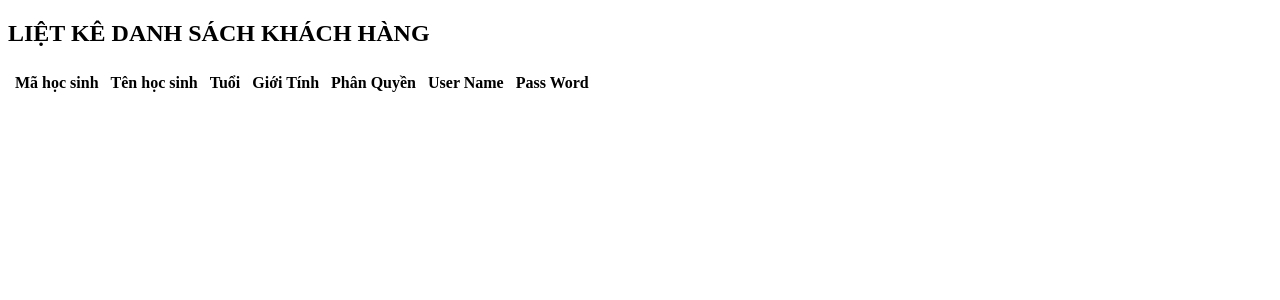
Repository: nguyenquocvuong010195/Jsp-Servlet
Page: http://localhost/JSP-Servlet-Buy/StudentManagerServlet
The author's editor kept a copy of each file at every save. The page is drawn from the files as they stood at one save, then again after the next save.
The browser window is 1280 px wide. The pictures show the whole page.
The page is served by Tomcat 9. Other server files are loaded and not shown. Queries for data that is not in the repository find no rows.

Above is the page before, as saved 2020-07-29 16:31:20.
Console error: ReferenceError: $ is not defined

### JSP-Servlet/JSP-Servlet-Buy/WebContent/studentManager.jsp
<%@ page language="java" contentType="text/html; charset=UTF-8" pageEncoding="UTF-8"%>

<%@page import="java.util.ArrayList"%>
<%@ taglib uri="http://java.sun.com/jsp/jstl/core" prefix="c" %>
<!DOCTYPE html PUBLIC "-//W3C//DTD HTML 4.01 Transitional//EN" "http://www.w3.org/TR/html4/loose.dtd">

<html>
<head>
<title>LIỆT KÊ DANH SÁCH KHÁCH HÀNG</title>

</head>
<body>



	<div class="container mt-3" class ="DanhSach">
		<h2>LIỆT KÊ DANH SÁCH KHÁCH HÀNG</h2>
		<table class="table table-bordered table-striped " id="example" cellpadding="5">
			<thead>
				<tr>
					<th>Mã học sinh</th>
					<th>Tên học sinh</th>
					<th>Tuổi</th>
					<th>Giới Tính</th>
					<th>Phân Quyền</th>
					<th>User Name</th>
					<th>Pass Word</th>
				</tr>
			</thead>
			<tbody id="myTable">
			<c:forEach items="${listStudent}" var="stu">
				<tr>
						<td>${stu.studentID}</td>
						<td>${stu.name}</td>
						<td>${stu.age}</td>
						<td>${stu.sdt}</td>
						<td>${stu.gender}</td>
						<td>${stu.role}</td>
						<td>${stu.username}</td>
						<td>${stu.password}</td>
						<td>
							<div class="dropdown">
								<button type="button" class="btn btn-primary dropdown-toggle" data-toggle="dropdown">Option</button>
								<div class="dropdown-menu">
									<a class="dropdown-item" href="SuaThongTinServlet?maKH=${stu.studentID}&chucNang=suaKH">Edit</a>
									<a class="dropdown-item" href="XoaThongTinServlet?maKH=${stu.studentID}&chucNang=xoaKH">Delete</a>
								</div>
							</div>
						</td>
				</tr>
			</c:forEach>
			</tbody>
		</table>

	</div>

	<script>
	$(document).ready(function() {
        $('#example').DataTable({
			"ordering": false,
			"lengthChange": false,
			"searching": true,
			"pageLength": 6
		});
    });
	</script>

	<!-- Footer -->

	<!-- Footer -->
</body>
</html>

### JSP-Servlet/JSP-Servlet-Buy/src/controller/StudentManagerServlet.java
package controller;

import java.io.IOException;
import java.util.List;

import javax.servlet.RequestDispatcher;
import javax.servlet.ServletException;
import javax.servlet.annotation.WebServlet;
import javax.servlet.http.HttpServlet;
import javax.servlet.http.HttpServletRequest;
import javax.servlet.http.HttpServletResponse;

import daoImpl.StudentsDAOImpl;
import dto.Student;

/**
 * Servlet implementation class StudentManagerServlet
 */
@WebServlet("/StudentManagerServlet")
public class StudentManagerServlet extends HttpServlet {
	private static final long serialVersionUID = 1L;

    /**
     * @see HttpServlet#HttpServlet()
     */
    public StudentManagerServlet() {
        super();
        // TODO Auto-generated constructor stub
    }

	/**
	 * @see HttpServlet#doGet(HttpServletRequest request, HttpServletResponse response)
	 */
	protected void doGet(HttpServletRequest request, HttpServletResponse response) throws ServletException, IOException {
		StudentsDAOImpl stu = new StudentsDAOImpl();
		List<Student> listStudent = stu.getAllStudents();
		request.setAttribute("listStudent", listStudent);
		RequestDispatcher rd = request.getRequestDispatcher("studentManager.jsp");
		rd.forward(request, response);
	}

	/**
	 * @see HttpServlet#doPost(HttpServletRequest request, HttpServletResponse response)
	 */
	protected void doPost(HttpServletRequest request, HttpServletResponse response) throws ServletException, IOException {
		// TODO Auto-generated method stub
		doGet(request, response);
	}

}

### JSP-Servlet/JSP-Servlet-Buy/src/dao/StudentsDAO.java
package dao;

import java.util.ArrayList;

import dto.Student;



public interface StudentsDAO {
	public ArrayList<Student> getAllStudents() ;
	public void insertStudent(Student student);
	public void updateStudent(Student student);
	public void deleteStudent(int studentID);
	public Student findStudentByUserAndPassword(String username , String password);
	public void createStudent(Student student);
	public void createStudentByAdmin(Student student);
	public Student getStudentById(int id);
	public boolean addNewStudent(Student student);
}

### JSP-Servlet/JSP-Servlet-Buy/src/daoImpl/StudentsDAOImpl.java
package daoImpl;

import java.sql.Connection;
import java.sql.PreparedStatement;
import java.sql.ResultSet;
import java.sql.SQLException;
import java.sql.Statement;
import java.util.ArrayList;
import java.util.Date;
import java.util.List;

import org.apache.taglibs.standard.extra.spath.Step;

import dao.StudentsDAO;
import dbconnection.ConnectionFactory;
import dto.Borrows;
import dto.CheckUser;
import dto.HistoryBook;
import dto.Student;

public class StudentsDAOImpl implements StudentsDAO {

	@Override
	public ArrayList<Student> getAllStudents() {
		Connection con = null;
		Statement sta = null;
		ResultSet rs = null;
		String sql = " SELECT * FROM students";
		ArrayList<Student> liststudents = new ArrayList<Student>();
		try {
			con = ConnectionFactory.getConnection();
			sta = con.createStatement();
			rs = sta.executeQuery(sql);
			while(rs.next()) {
				Student stu = new Student();
				stu.setStudentID(rs.getInt("studentID"));
				stu.setName(rs.getString("nameStudent"));
				stu.setAge(rs.getInt("age"));
				stu.setGender(rs.getInt("gender"));
				stu.setRole(rs.getString("role"));
				stu.setUsername(rs.getString("username"));
				stu.setPassword(rs.getString("password"));
				liststudents.add(stu);
			}
		} catch (Exception e) {
			e.printStackTrace();
		}finally {
			if(con!=null) {
				try {
					con.close();
				} catch (SQLException e) {
					e.printStackTrace();
				}
			}
			if(sta!=null) {
				try {
					sta.close();
				} catch (Exception e) {
					e.printStackTrace();
				}
			}
			if(rs!=null) {
				try {
					rs.close();
				} catch (Exception e) {
					e.printStackTrace();
				}
			}
		}
		return liststudents;
	}

	@Override
	public void insertStudent(Student student) {
		Connection con = null;
		PreparedStatement pre = null;
		String sql = " INSERT INTO students(nameStudent,age,gender,role,username,password) VALUES(?,?,?,?,?,?)";
		try {
			con = ConnectionFactory.getConnection();
			pre = con.prepareStatement(sql);
			pre.setString(1, student.getName());
			pre.setInt(2, student.getAge());
			pre.setInt(3, student.getGender());
			pre.setString(4, student.getRole());
			pre.setInt(5, 1);
			pre.setInt(6,1);

		} catch (Exception e) {
			e.printStackTrace();
		}finally {
			if(con!=null) {
				try {
					con.close();
				} catch (Exception e) {
					e.printStackTrace();
				}
			}
			if(pre!=null) {
				try {
					pre.close();
				} catch (Exception e) {
					e.printStackTrace();
				}
			}
		}
	}

	@Override
	public void updateStudent(Student student) {
		Connection con = null;
		PreparedStatement pre = null;
		String sql = " UPDATE students SET nameStudent=?,age=?,gender=?,role=?,password=? WHERE studentId=?";
		try {
			con = ConnectionFactory.getConnection();
			pre = con.prepareStatement(sql);
			pre.setString(1, student.getName());
			pre.setInt(2, student.getAge());
			pre.setInt(3,student.getGender());
			pre.setString(4, student.getRole());
			pre.setString(5, student.getPassword());
			pre.setInt(6,student.getStudentID());
			pre.executeUpdate();
		} catch (Exception e) {
			e.printStackTrace();
		}finally {
			if(con!=null) {
				try {
					con.close();
				} catch (Exception e) {
					e.printStackTrace();
				}
			}
			if(pre!=null) {
				try {
					pre.close();
				} catch (Exception e) {
					e.printStackTrace();
				}
			}
		}

	}

	@Override
	public void deleteStudent(int studentID) {
		Connection con = null;
		PreparedStatement pre = null;
		String sql = "DELETE FROM students WHERE studentId="+studentID;
		try {
			con = ConnectionFactory.getConnection();
			pre = con.prepareStatement(sql);
			pre.executeUpdate();

		} catch (Exception e) {
			e.printStackTrace();
		}finally {
			if(con!=null) {
				try {
					con.close();
				} catch (Exception e) {
					e.printStackTrace();
				}
			}
			if(pre!=null) {
				try {
					pre.close();
				} catch (Exception e) {
					e.printStackTrace();
				}
			}
		}
	}

	@Override
	public Student findStudentByUserAndPassword(String userName, String passWord) {
		Connection con = null;
		PreparedStatement pre = null;
		//luôn luôn dùng rs khi hàm trả về 1 đối tượng khi query
		ResultSet rs = null;
		String sql="SELECT * FROM students WHERE username=? AND password=?";
		try {
			con = ConnectionFactory.getConnection();
			pre = con.prepareStatement(sql);
			pre.setString(1, userName);
			pre.setString(2, passWord);
			rs=pre.executeQuery();
			while(rs.next()) {
				Student stu = new Student();
				stu.setStudentID(rs.getInt("studentID"));
				stu.setName(rs.getString("nameStudent"));
				stu.setAge(rs.getInt("age"));
				stu.setGender(rs.getInt("gender"));
				stu.setRole(rs.getString("role"));
				stu.setUsername(rs.getString("username"));
				stu.setPassword(rs.getString("password"));
				return stu;
			}
		} catch (Exception e) {
			e.printStackTrace();
		}finally {
			if(con!=null) {
				try {
					con.close();
				} catch (Exception e) {
					e.printStackTrace();
				}
			}
			if(pre!=null) {
				try {
					pre.close();
				} catch (Exception e) {
					e.printStackTrace();
				}
			}
		}
		return null;
	}

	@Override
	public void createStudent(Student student) {
		Connection con = null;
		PreparedStatement pre = null;
		String sql = " INSERT INTO students(nameStudent,age,gender,username,password) VALUES (?,?,?,?,?)";
		try {
			con = ConnectionFactory.getConnection();
			pre = con.prepareStatement(sql);
			pre.setString(1, student.getName());
			pre.setInt(2, student.getAge());
			pre.setInt(3, student.getGender());
			pre.setString(4, student.getUsername());
			pre.setString(5, student.getPassword());
			pre.executeUpdate();
		} catch (Exception e) {
			e.printStackTrace();
		}finally {
			if(con!=null) {
				try {
					con.close();
				} catch (Exception e) {
					e.printStackTrace();
				}
			}
			if(pre!=null) {
				try {
					pre.close();
				} catch (Exception e) {
					e.printStackTrace();
				}
			}
		}
	}

	@Override
	public void createStudentByAdmin(Student student) {
		Connection con = null;
		PreparedStatement pre = null;
		String sql = " INSERT INTO students(nameStudent,age,gender,role,username,password) VALUES (?,?,?,?,?,?)";

		try {
			con = ConnectionFactory.getConnection();
			pre = con.prepareStatement(sql);
			pre.setString(1, student.getName());
			pre.setInt(2, student.getAge());
			pre.setInt(3, student.getGender());
			pre.setString(4, student.getRole());
			pre.setString(5, student.getUsername());
			pre.setString(6, student.getPassword());
			pre.executeUpdate();

		} catch (Exception e) {
			// TODO: handle exception
			e.printStackTrace();
		}finally {
			if(con!=null) {
				try {
					con.close();
				} catch (Exception e) {
					e.printStackTrace();
				}
			}
			if(pre!=null) {
				try {
					pre.close();
				} catch (Exception e) {
					e.printStackTrace();
				}
			}
		}

	}
	//SELECT DATEDIFF(day, '2011/08/25', '2011/08/28') AS DateDiff;
	public static List<HistoryBook> listMuonSach(String dateBefore, String dateAfter){
		List<HistoryBook> list = new ArrayList<HistoryBook>();
		Connection conn = null;
		PreparedStatement pre = null;
		String sql  = "SELECT s.nameStudent, b.name , br.BorrowDate, br.quantity\r\n" +
				"FROM students as s join\r\n" +
				"(SELECT bookId, StudentID,BorrowDate,quantity FROM borrows  where (SELECT DATEDIFF(BorrowDate, ?))>=0 AND (SELECT DATEDIFF(BorrowDate, ?))<=0)\r\n" +
				" as br on br.studentID = s.studentId join books as b on br.bookID = b.bookID;";
		try {
			conn = ConnectionFactory.getConnection();
			pre = conn.prepareStatement(sql);
			pre.setString(1, dateBefore);
			pre.setString(2, dateAfter);
			ResultSet rs = pre.executeQuery();
			while(rs.next()) {
				//				int borrowId =rs.getInt("BorrowID");
				//				int studentId = rs.getInt("StudentID");
				//				int bookId = rs.getInt("BookID");
				//				Date date = rs.getDate("BorrowDate");
				//				int sl = rs.getInt("Quantity");
				//				Borrows br = new Borrows(borrowId, studentId, bookId, date,sl);
				//				list.add(br);
				String stuName = rs.getString("nameStudent");
				String booName = rs.getString("name");
				Date date = rs.getDate("BorrowDate");
				int sl = rs.getInt("quantity");
				HistoryBook hb = new HistoryBook(stuName, booName, date, sl);
				list.add(hb);
			}
		} catch (SQLException e) {
			e.printStackTrace();
		}finally {
			if(conn!=null) {
				try {
					conn.close();
				} catch (Exception e) {
					e.printStackTrace();
				}
			}
			if(pre!=null) {
				try {
					pre.close();
				} catch (Exception e) {
					e.printStackTrace();
				}
			}
		}
		return list;
	}

	@Override
	public Student getStudentById(int id) {
		Connection con = null;
		Statement sta = null;
		ResultSet rs = null;
		String sql = " SELECT * FROM students WHERE studentID = "+id;
		try {
			con = ConnectionFactory.getConnection();
			sta = con.createStatement();
			rs = sta.executeQuery(sql);
			while(rs.next()) {
				Student st = new Student();
				st.setStudentID(id);
				st.setName(rs.getString("nameStudent"));
				st.setAge(rs.getInt("age"));
				st.setGender(rs.getInt("gender"));
				st.setRole(rs.getString("role"));
				st.setUsername(rs.getString("username"));
				st.setPassword(rs.getString("password"));
				return st;
			}
		} catch (Exception e) {
			e.printStackTrace();
		}finally {
			if(con!=null) {
				try {
					con.close();
				} catch (Exception e) {
					e.printStackTrace();
				}
			}
			if(sta!=null) {
				try {
					sta.close();
				} catch (Exception e) {
					e.printStackTrace();
				}
			}
		}
		return null;
	}

	@Override
	public boolean addNewStudent(Student student) {
		Connection con = null;
		PreparedStatement pre = null;
		boolean result = true;
		String sql = " INSERT INTO students(nameStudent,age,gender,role,username,password) VALUES (?,?,?,?,?,?)";
		try {
			con = ConnectionFactory.getConnection();
			pre = con.prepareStatement(sql);
			pre.setString(1, student.getName());
			pre.setInt(2, student.getAge());
			pre.setInt(3, student.getGender());
			pre.setString(4, "student");
			pre.setString(5, student.getUsername());
			pre.setString(6, student.getPassword());
			pre.executeUpdate();

		} catch (Exception e) {
			e.printStackTrace();
			result = false;
		}finally {
			if(con!=null) {
				try {
					con.close();
				} catch (Exception e) {
					e.printStackTrace();
				}
			}
			if(pre!=null) {
				try {
					pre.close();
				} catch (Exception e) {
					e.printStackTrace();
				}
			}
		}
		return result;
	}
	public CheckUser checkUser(String userName) {
		Connection con = null;
		PreparedStatement pre = null;
		boolean result = true;
		ResultSet  rs = null;
		String sql ="SELECT COUNT(*) AS CNT FROM students WHERE username = ?;";
		try {
			con = ConnectionFactory.getConnection();
			pre = con.prepareStatement(sql);
			pre.setString(1, userName);
			rs = pre.executeQuery();

			// đù má quên haha
			while(rs.next()) {
				CheckUser ch = new CheckUser();

				ch.setNumber(rs.getInt("CNT"));
				return ch;
			}
		} catch (Exception e) {
			e.printStackTrace();
		}finally {
			if(con!=null) {
				try {
					con.close();
				} catch (Exception e) {
					e.printStackTrace();
				}
			}
			if(pre!=null) {
				try {
					pre.close();
				} catch (Exception e) {
					e.printStackTrace();
				}
			}
		}
		return null;


	}


}

### JSP-Servlet/JSP-Servlet-Buy/src/dbconnection/ConnectionFactory.java
package dbconnection;

import java.sql.Connection;
import java.sql.DriverManager;
import java.sql.SQLException;

import daoImpl.StudentsDAOImpl;

public class ConnectionFactory {

	public static final String URL = "jdbc:mysql://localhost:3306/BookStore";
	public static final String USER = "root";
	public static final String PASS = "trinhdien!123";

	/**
	 * Get a connection to database
	 *
	 * @return Connection object
	 */

	public static Connection getConnection() {
		Connection conn = null;
		try {
			Class.forName("com.mysql.cj.jdbc.Driver");
			conn = DriverManager.getConnection(URL, USER, PASS);
			System.out.println("connect successfully!");
		} catch (Exception ex) {
			System.out.println("connect failure!");
			ex.printStackTrace();
		}
		return conn;
	}

	/**
	 * Test Connection
	 */
//	public static void main(String[] args) {
//		StudentsDAOImpl.listMuonSach("2016-08-15", "2020-07-28");
//	}
	 public static void main(String[] args) {
	        ConnectionFactory.getConnection();
	    }
}

After the next save:
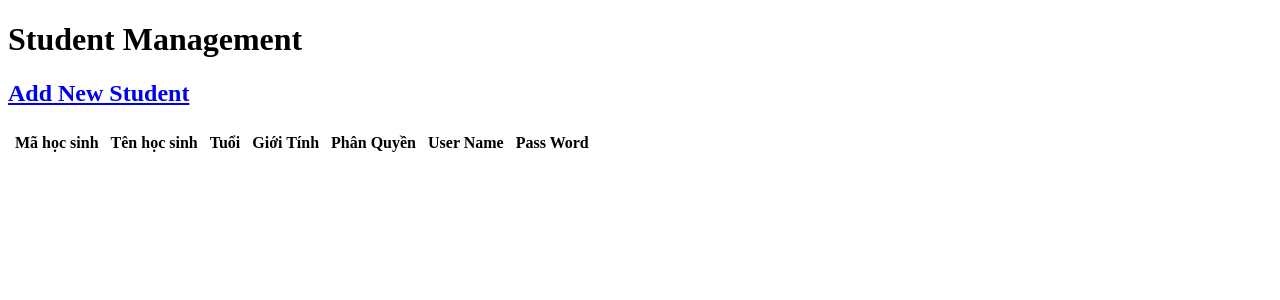
The error is gone.
Saved 55 s later.
--- a/JSP-Servlet/JSP-Servlet-Buy/WebContent/studentManager.jsp
+++ b/JSP-Servlet/JSP-Servlet-Buy/WebContent/studentManager.jsp
@@ -13,11 +13,13 @@
 
 
 
-	<div class="container mt-3" class ="DanhSach">
-		<h2>LIỆT KÊ DANH SÁCH KHÁCH HÀNG</h2>
-		<table class="table table-bordered table-striped " id="example" cellpadding="5">
-			<thead>
-				<tr>
+	<div class="main">
+		<h1 id="title">Student Management</h1>
+		<div id="form-container">
+			<h2><a href="student?action=new">Add New Student</a></h2>
+		</div>
+		<table cellpadding="5">
+			<tr>
 					<th>Mã học sinh</th>
 					<th>Tên học sinh</th>
 					<th>Tuổi</th>
@@ -25,45 +27,26 @@
 					<th>Phân Quyền</th>
 					<th>User Name</th>
 					<th>Pass Word</th>
+			</tr>
+			<c:forEach var="student" items="${listStudent}" >
+				<tr>
+					<td><c:out value="${stu.studentID}" /></td>
+					<td><c:out value="${stu.name}"/></td>
+					<td><c:out value="${stu.age}"/></td>
+					<td><c:out value="${stu.sdt}"/></td>
+					<td><c:out value="${stu.role}"/></td>
+					<td><c:out value="${stu.username}"/></td>
+					<td><c:out value="${stu.password}"/></td>
+					<td>
+						<a href="student?action=edit&id=<c:out value='${stu.studentID }' />">Edit</a>
+						&nbsp;&nbsp;&nbsp;&nbsp;
+						<a href="student?action=delete&id=<c:out value='${stu.studentID }' />"></a>
+					</td>
 				</tr>
-			</thead>
-			<tbody id="myTable">
-			<c:forEach items="${listStudent}" var="stu">
-				<tr>
-						<td>${stu.studentID}</td>
-						<td>${stu.name}</td>
-						<td>${stu.age}</td>
-						<td>${stu.sdt}</td>
-						<td>${stu.gender}</td>
-						<td>${stu.role}</td>
-						<td>${stu.username}</td>
-						<td>${stu.password}</td>
-						<td>
-							<div class="dropdown">
-								<button type="button" class="btn btn-primary dropdown-toggle" data-toggle="dropdown">Option</button>
-								<div class="dropdown-menu">
-									<a class="dropdown-item" href="SuaThongTinServlet?maKH=${stu.studentID}&chucNang=suaKH">Edit</a>
-									<a class="dropdown-item" href="XoaThongTinServlet?maKH=${stu.studentID}&chucNang=xoaKH">Delete</a>
-								</div>
-							</div>
-						</td>
-				</tr>
-			</c:forEach>
-			</tbody>
+
+			 </c:forEach>
 		</table>
-
 	</div>
-
-	<script>
-	$(document).ready(function() {
-        $('#example').DataTable({
-			"ordering": false,
-			"lengthChange": false,
-			"searching": true,
-			"pageLength": 6
-		});
-    });
-	</script>
 
 	<!-- Footer -->
 
